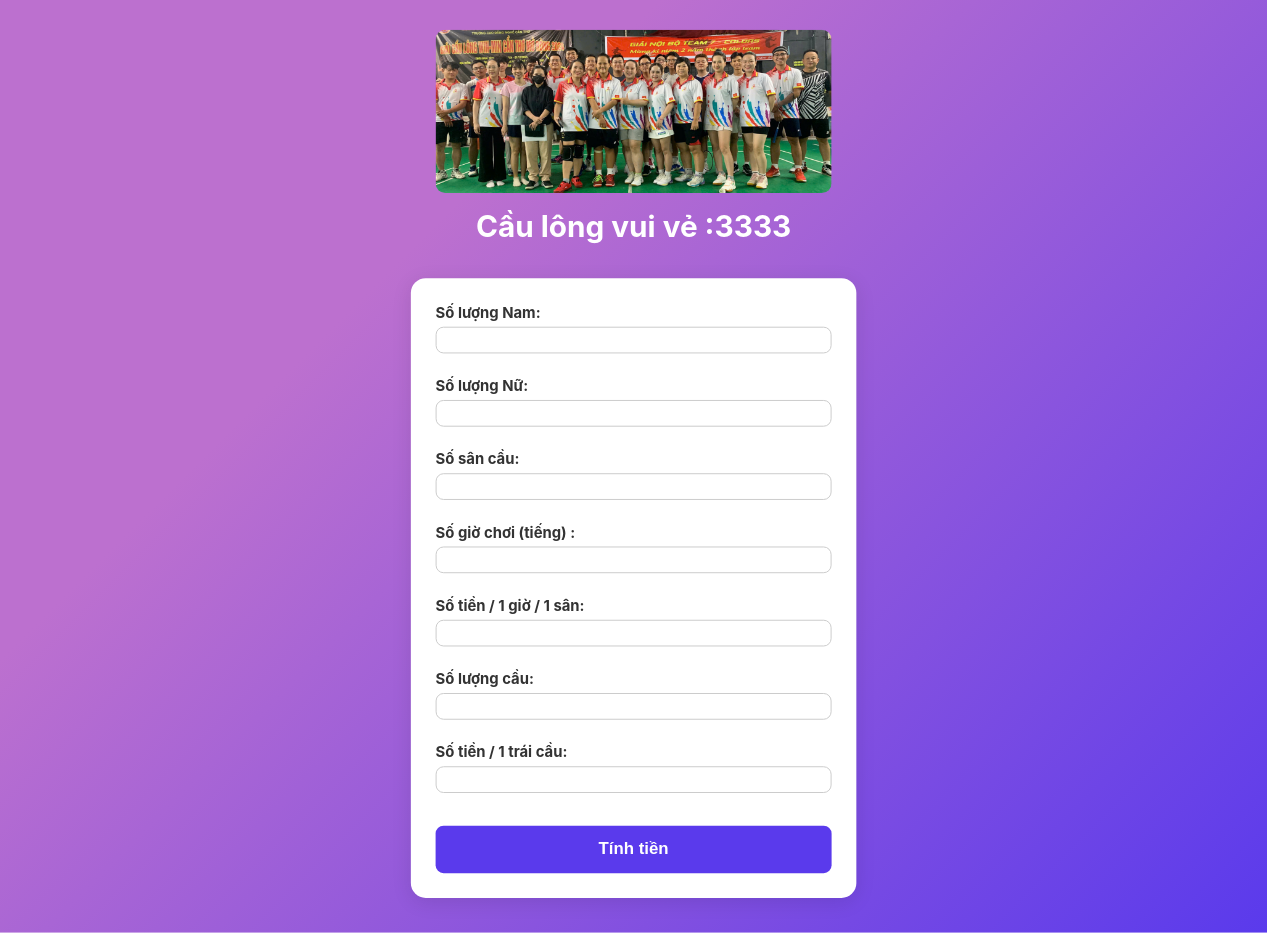
Repository: LuongPTCE181311/Badminton
Page: index.html
The author's editor kept a copy of each file at every save. The page is drawn from the files as they stood at one save, then again after the next save.
The browser window is 1280 px wide. The pictures show the whole page, at 99% of full size.

Above is the page before, as saved 2025-12-08 00:45:02.

After the next save:
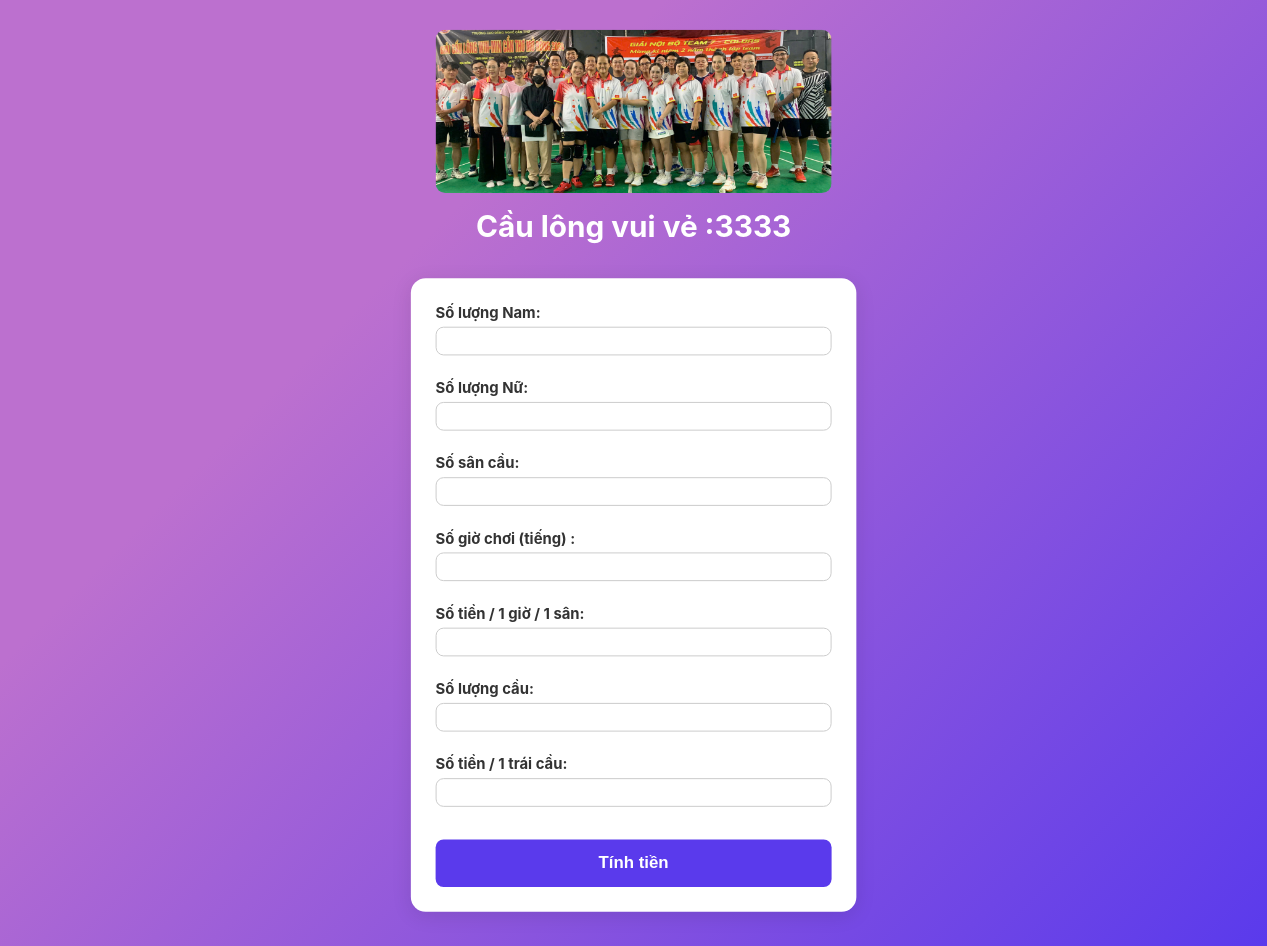
Saved 9 s later.
--- a/assets/css/style.css
+++ b/assets/css/style.css
@@ -69,7 +69,7 @@
 
 input {
   width: 100%;
-  padding: 5px 8px;
+  padding: 6px 8px;
   background: rgba(255, 255, 255, 0.6) !important;
   border-radius: 8px;
   border: 1px solid #ccc;
